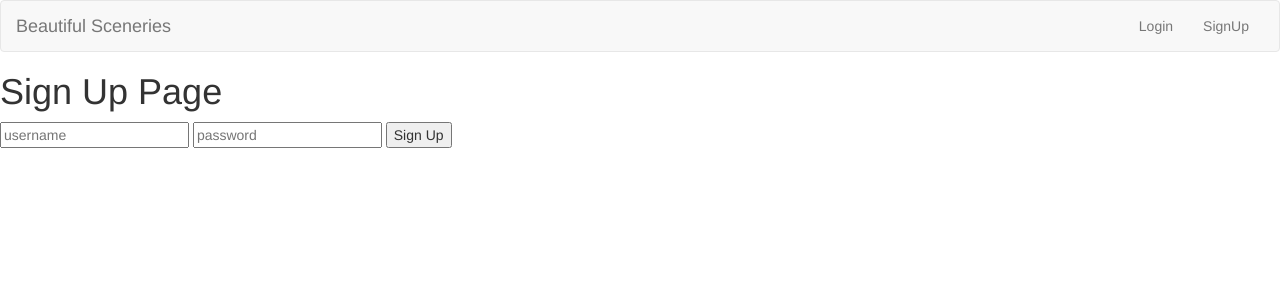
Repository: sameer1994/awesome-sceneries
Page: http://localhost/register
The author's editor kept a record of every edit. The page is drawn from the files as they stood at one moment, then again after the next edit.
The browser window is 1280 px wide. The pictures show the whole page.
The page is served by the project's Node server (camps/app.js). Other server files are loaded and not shown.

Above is the page before.

### camps/views/register.ejs
<% include ./partials/header%>
<h1>Sign Up Page</h1>
<form action="/register" method="post">
<input type="text" name="username" placeholder="username">
<input type="password" name="password" placeholder="password">
<button>Sign Up</button>
</form>

### camps/views/partials/header.ejs
<html>
    <head>
  <link rel="stylesheet" type="text/css" href="https://maxcdn.bootstrapcdn.com/bootstrap/3.3.7/css/bootstrap.min.css">
  <link rel="stylesheet" type="text/css" href="/stylesheets/main.css">
        <title>
            Famous Mountains
        </title>
    </head>
    <body>
        <nav class="navbar navbar-default">
    <div class="container-fluid">
        <div class="navbar-header">
            <a class="navbar-brand" href="/">Beautiful Sceneries</a>
        </div>
        <div class="collapse navbar-collapse">
            <ul class="nav navbar-nav navbar-right">
                <% if(!currentUser){ %>
                <li><a href="/login">Login</a></li>
                <li><a href="/register">SignUp</a></li>
                <%}else{%>
                <li><a href="/">Signed In as<%=currentUser.username%></a></li>
                <li><a href="/logout">Logout</a></li>
                <%}%>
            </ul>
        </div>

    </div>
</nav>

### camps/app.js
var express = require("express");
var bodyparser = require("body-parser");
var app = express();
var mongoose = require("mongoose");
var passport= require("passport");
var LocalStrategy = require("passport-local");
var User= require("./models/user");
var methodOverride = require("method-override");
var commentRoutes=require("./routes/comments");
var indexRoutes=require("./routes/mountains");
var authRoutes=require("./routes/auth");

mongoose.connect("mongodb://localhost/mountains");

var sceneryModel = require("./models/mountains");
var seedDB = require("./seeds");
app.use(bodyparser.urlencoded({extended:true}));
app.set("view engine","ejs");

app.use(require("express-session")({
    secret:"afasasfaf",
    resave:false,
    saveUninitialized:false
}));
app.use(express.static(__dirname + "/public"));
app.use(passport.initialize());
app.use(passport.session());
passport.use(new LocalStrategy(User.authenticate()));
passport.serializeUser(User.serializeUser());
passport.deserializeUser(User.deserializeUser());

//seedDB();
app.use(function(req,res,next){
    res.locals.currentUser = req.user;
    next();
});


//----------------------COMMENTS----------------

//----------------------AUTH ROutes
app.use(indexRoutes);
app.use(commentRoutes);
app.use(authRoutes)
app.listen(process.env.PORT,process.env.IP);

### camps/routes/auth.js
var express=require("express");
var router =express.Router();
var User= require("../models/user");
var passport= require("passport");

router.get("/register", function(req,res){
    res.render("register")
})
router.post("/register",function(req,res){
    var newUser = new User({username:req.body.username});
    User.register(newUser,req.body.password,function(err,user){
        if(err){
            console.log(err);
            res.render("register");
        }
        else{
            passport.authenticate("local")(req,res,function(){
                res.redirect("/mountains");
            });
        }
    });
});
router.get("/login", function(req,res){
    res.render("login");
});
router.post("/login",passport.authenticate("local",{
    successRedirect:"/mountains",
    failureRedirect:"/login"
}),function(req,res){

});
router.get("/logout", function(req,res){
    req.logout();
    res.redirect("/mountains");
});

function isLoggedIn(req,res,next){
    if(req.isAuthenticated()){
        return next();
    }
    res.redirect("/login");
}
module.exports = router;

### camps/public/stylesheets/main.css
.thumbnail img{
    width:100%;
}
#delete-form{
    display:inline;
}

Loaded but not shown: camps/views/partials/footer.ejs (common file)

After the next edit:
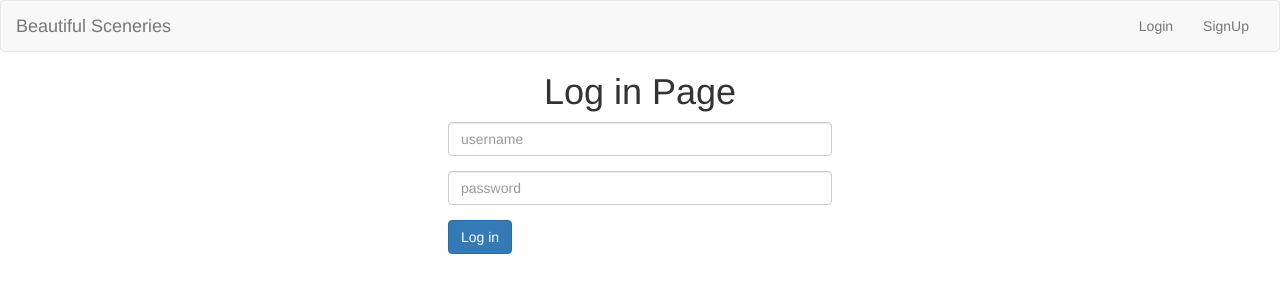
The edit:
--- a/camps/views/register.ejs
+++ b/camps/views/register.ejs
@@ -1,7 +1,14 @@
 <% include ./partials/header%>
-<h1>Sign Up Page</h1>
+<h1 style="text-align:center" >Log in Page</h1>
 <form action="/register" method="post">
-<input type="text" name="username" placeholder="username">
-<input type="password" name="password" placeholder="password">
-<button>Sign Up</button>
+<div style="width:30%; margin:0 auto;">
+<div class="form-group">
+    <input class="form-control" type="text" name="username" placeholder="username">
+</div>
+<div class="form-group">
+<input class="form-control" type="password" name="password" placeholder="password">
+</div>
+<button class="btn btn-primary">Log in</button>
 </form>
+</div>
+<% include ./partials/footer%>
